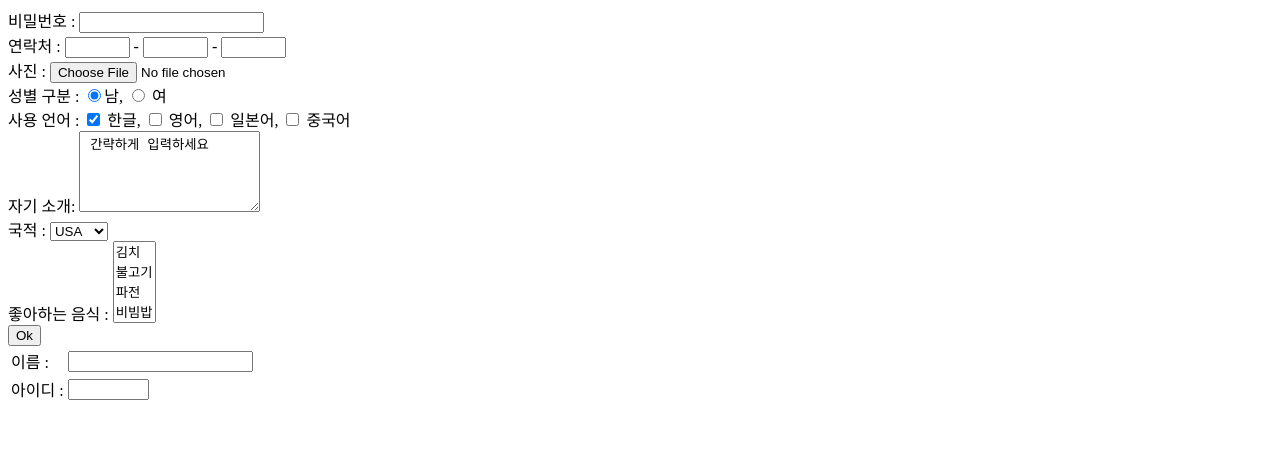
Repository: bjKim2/JSP
Page: HTML/src/main/webapp/Ex03.html
An editor plug-in stored every save of this project. The page is shown before and after the next save, followed by the edit.
The browser window is 1280 px wide. The pictures show the whole page.

Above is the page before, as saved 2022-03-15 05:34:14.

### HTML/src/main/webapp/Ex03.html
<!DOCTYPE html>
<html>
<head>
<meta charset="UTF-8">
<title>Insert title here</title>
</head>
<body>
	<form action = '#' method='get'>
	<table>
		<tr>
			<td>
				이름 :
			</td>
			<td>
				<input type="text" name = "userName"  ><br>
			</td>
		</tr>
			<td>
				아이디 :
			</td>
			<td>
				 <input type="text" name = "userId"  size = '7'><br>
			</td>
		<tr>


					비밀번호 : <input type="password" name="userPassword"><br>
					연락처 : <input type="text" name = "phone1_1"  size = "5"> -
							<input type="text" name = "phone1_2"  size = "5"> -
							<input type="text" name = "phone1_3"  size = "5"> <br>
					사진 : <input type="file" name = "picture"> <br>
					성별 구분 : <input type="radio" name = "gender" value = "man" checked = "checked">남,
							<input type="radio" name="gender" value="woman"> 여 <br>
					사용 언어 :
							<input type="checkbox" name="lang" value="kor" checked="checked"> 한글,
							<input type="checkbox" name="lang" value="eng" > 영어,
							<input type="checkbox" name="lang" value="jpn" > 일본어,
							<input type="checkbox" name="lang" value="chn" > 중국어 <br>
					자기 소개:
							<textarea rows="5" cols="20" name="introduce"> 간략하게 입력하세요 </textarea><br>
							<!-- 데이터베이스는 varchar 말고 text 타입은 무한정 문자가 들어올수있다.  -->
					국적 :
							<select name="nationality">
								<option> Korea</option>
								<option selected="selected"> USA</option>
								<option> JP</option>
								<option> CH</option>
							</select><br>
					좋아하는 음식 :
							<select name="food" multiple="multiple">
								<option>김치</option>
								<option>불고기</option>
								<option>파전</option>
								<option>비빔밥</option>
								<option>냉면</option>
								<option>순대</option>

							</select><br>
						<input type="submit" name = "okBtn" value = "Ok">




	</table>
	</form>
</body>

</body>
</html>

After the next save:
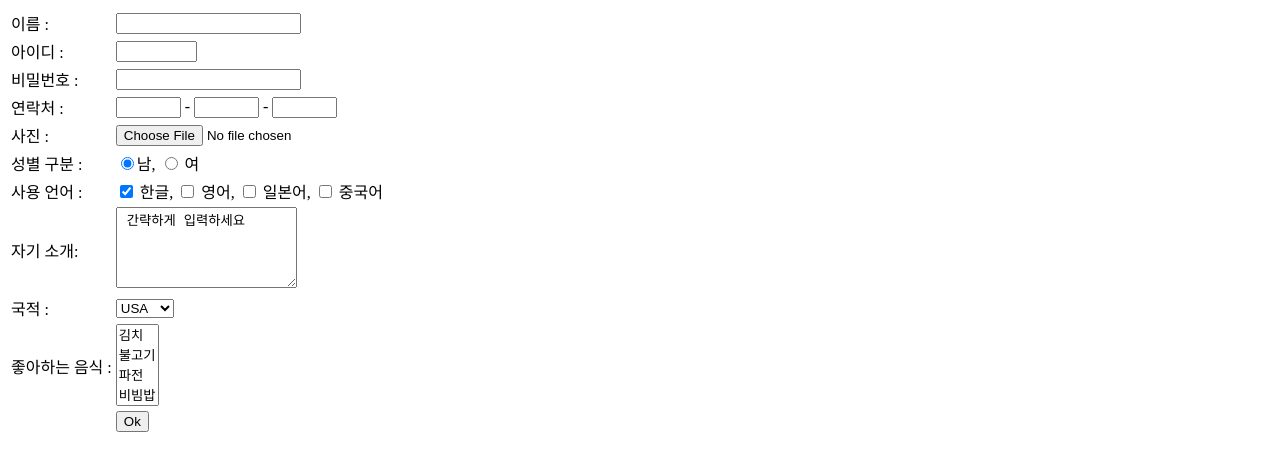
Saved 5 min 31 s later.
--- a/HTML/src/main/webapp/Ex03.html
+++ b/HTML/src/main/webapp/Ex03.html
@@ -22,44 +22,95 @@
 				 <input type="text" name = "userId"  size = '7'><br>
 			</td>
 		<tr>
+			<td>
+				비밀번호 :
+			</td>
+			<td>
+				<input type="password" name="userPassword"><br>
+			</td>
+		</tr>
+		<tr>
+			<td>
+				연락처 :
+			</td>
+			<td>
+				<input type="text" name = "phone1_1"  size = "5"> -
+				<input type="text" name = "phone1_2"  size = "5"> -
+				<input type="text" name = "phone1_3"  size = "5"> <br>
+			</td>
+		</tr>
+		<tr>
+			<td>
+				사진 :
+			</td>
+			<td>
+				<input type="file" name = "picture"> <br>
+			</td>
+		</tr>
+		<tr>
+			<td>
+				성별 구분 :
+			</td>
+			<td>
+				<input type="radio" name = "gender" value = "man" checked = "checked">남,
+				<input type="radio" name="gender" value="woman"> 여 <br>
+			</td>
+		</tr>
+		<tr>
+			<td>
+				사용 언어 :
+			</td>
+			<td>
+				<input type="checkbox" name="lang" value="kor" checked="checked"> 한글,
+				<input type="checkbox" name="lang" value="eng" > 영어,
+				<input type="checkbox" name="lang" value="jpn" > 일본어,
+				<input type="checkbox" name="lang" value="chn" > 중국어 <br>
+			</td>
+		</tr>
+		<tr>
+			<td>
+				자기 소개:
+			</td>
+			<td>
+				<textarea rows="5" cols="20" name="introduce"> 간략하게 입력하세요 </textarea><br>
+			</td>
+		</tr>
+		<tr>
+			<td>
+				<!-- 데이터베이스는 varchar 말고 text 타입은 무한정 문자가 들어올수있다.  -->
+				국적 :
+			</td>
+			<td>
+				<select name="nationality">
+					<option> Korea</option>
+					<option selected="selected"> USA</option>
+					<option> JP</option>
+					<option> CH</option>
+				</select><br>
+			</td>
+		</tr>
+		<tr>
+			<td>
+				좋아하는 음식 :
+			</td>
+			<td>
+				<select name="food" multiple="multiple">
+					<option>김치</option>
+					<option>불고기</option>
+					<option>파전</option>
+					<option>비빔밥</option>
+					<option>냉면</option>
+					<option>순대</option>
 
-
-					비밀번호 : <input type="password" name="userPassword"><br>
-					연락처 : <input type="text" name = "phone1_1"  size = "5"> -
-							<input type="text" name = "phone1_2"  size = "5"> -
-							<input type="text" name = "phone1_3"  size = "5"> <br>
-					사진 : <input type="file" name = "picture"> <br>
-					성별 구분 : <input type="radio" name = "gender" value = "man" checked = "checked">남,
-							<input type="radio" name="gender" value="woman"> 여 <br>
-					사용 언어 :
-							<input type="checkbox" name="lang" value="kor" checked="checked"> 한글,
-							<input type="checkbox" name="lang" value="eng" > 영어,
-							<input type="checkbox" name="lang" value="jpn" > 일본어,
-							<input type="checkbox" name="lang" value="chn" > 중국어 <br>
-					자기 소개:
-							<textarea rows="5" cols="20" name="introduce"> 간략하게 입력하세요 </textarea><br>
-							<!-- 데이터베이스는 varchar 말고 text 타입은 무한정 문자가 들어올수있다.  -->
-					국적 :
-							<select name="nationality">
-								<option> Korea</option>
-								<option selected="selected"> USA</option>
-								<option> JP</option>
-								<option> CH</option>
-							</select><br>
-					좋아하는 음식 :
-							<select name="food" multiple="multiple">
-								<option>김치</option>
-								<option>불고기</option>
-								<option>파전</option>
-								<option>비빔밥</option>
-								<option>냉면</option>
-								<option>순대</option>
-
-							</select><br>
-						<input type="submit" name = "okBtn" value = "Ok">
-
-
-
+				</select><br>
+			</td>
+		</tr>
+		<tr>
+			<td>
+			</td>
+			<td>
+				<input type="submit" name = "okBtn" value = "Ok">
+			</td>
 
 	</table>
 	</form>
